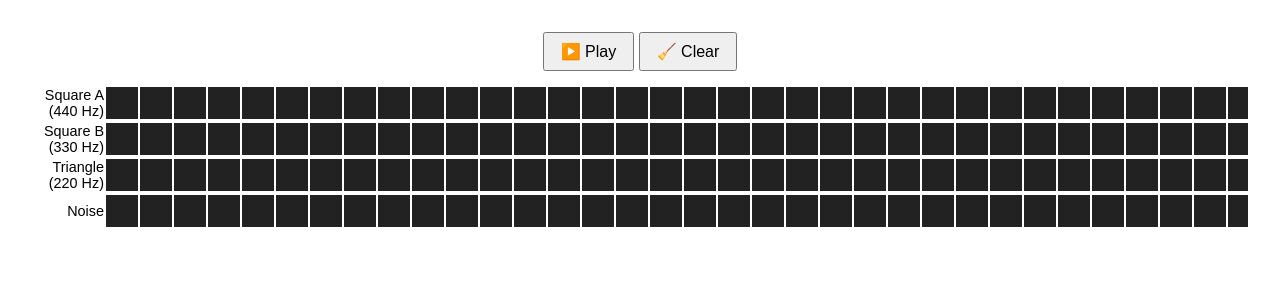
Repository: Aldentec/8-bit-Composer
Page: index.html
These files come from the project's save history. The page is drawn as it stood at one moment and after the next save; the edit follows.
The browser window is 1280 px wide. The pictures show the whole page.
Some web libraries are served in a nearby version.

Above is the page before, as saved 2025-05-28 08:47:14.

### index.html
<!DOCTYPE html>
<html lang="en">
<head>
  <meta charset="UTF-8">
  <title>Modular 8-Bit Sequencer</title>
  <link rel="stylesheet" href="style.css">
</head>
<body>
  <div id="controls">
    <button id="play">▶️ Play</button>
    <button id="clear">🧹 Clear</button>
  </div>

  <div id="grid"></div>

  <!-- Tone.js as global, then our modules -->
  <script src="node_modules/tone/build/Tone.js"></script>
  <script type="module" src="js/main.js"></script>
</body>
</html>

### style.css
body {
  font-family: sans-serif;
  margin: 2rem;
  text-align: center;
}

#grid {
  display: flex;
  flex-direction: column;
  gap: 4px;
  margin-top: 1rem;

  /* enable horizontal scrolling when rows get wider than the viewport */
  overflow-x: auto;
  padding-bottom: 0.5rem;
}


/* 2) Each row is itself a grid: [label][cell×16] */
.grid-row {
  display: grid;
  grid-template-columns: 4.5rem repeat(16, 2rem);
  gap: 2px;
  align-items: center;
}

/* 3) Label column styling */
.row-label {
  text-align: right;
  font-size: 0.9rem;
  user-select: none;
}

/* 4) Your cell styles */
.cell {
  width: 2rem;
  height: 2rem;
  background: #222;
  cursor: pointer;
}
.cell.active {
  background: #4caf50;
}

/* 5) Play button */
button {
  padding: 0.5rem 1rem;
  font-size: 1rem;
}

### js/main.js
import { initGrid, clearGrid }               from './grid.js';
import { createVoices }           from './voices.js';
import { initSequencer, bindPlayButton } from './sequencer.js';

document.addEventListener('DOMContentLoaded', () => {
  // 1) instrument names (one per row)
  const instrumentNames = [
    'Square A (440 Hz)',
    'Square B (330 Hz)',
    'Triangle (220 Hz)',
    'Noise'
  ];

  // 2) draw the labeled grid
  initGrid('grid', instrumentNames, /* steps= */ 64);

  // 3) build voices and sequencer
  const voices = createVoices();
  initSequencer(voices, 120);

  // 4) wire up Play/Pause
  bindPlayButton('play');
  document.getElementById('clear').addEventListener('click', clearGrid);
});

### js/grid.js
// these will be set when initGrid runs
export let STEPS = 16;
export let CHANNELS = 0;

// gridState[row][step] = boolean
export let gridState = [];

/**
 * Renders a labeled, scrollable sequencer grid.
 *
 * @param {string} containerId       id of the <div> to fill
 * @param {string[]} instrumentNames names for each row
 * @param {number} steps             number of columns (length of your song)
 */
export function initGrid(containerId, instrumentNames = [], steps = 16) {
  CHANNELS = instrumentNames.length;
  STEPS    = steps;

  // rebuild state
  gridState = Array.from(
    { length: CHANNELS },
    () => Array(STEPS).fill(false)
  );

  const container = document.getElementById(containerId);
  container.innerHTML = '';

  instrumentNames.forEach((name, row) => {
    // row wrapper: label + STEP cells
    const rowEl = document.createElement('div');
    rowEl.className = 'grid-row';
    // dynamically size columns: 4.5rem for the label, then STEPS × 2rem
    rowEl.style.gridTemplateColumns = `4.5rem repeat(${STEPS}, 2rem)`;

    // instrument label
    const label = document.createElement('div');
    label.className = 'row-label';
    label.textContent = name || '';
    rowEl.append(label);

    // sequencer steps
    for (let step = 0; step < STEPS; step++) {
      const cell = document.createElement('div');
      cell.className = 'cell';
      cell.dataset.row  = row;
      cell.dataset.step = step;
      cell.addEventListener('click', () => {
        gridState[row][step] = !gridState[row][step];
        cell.classList.toggle('active', gridState[row][step]);
      });
      rowEl.append(cell);
    }

    container.append(rowEl);
  });
}

/**
 * Clears all active steps in both state and UI.
 */
export function clearGrid() {
  // reset state
  gridState.forEach(rowArr => rowArr.fill(false));

  // reset UI
  document
    .querySelectorAll('.cell.active')
    .forEach(cell => cell.classList.remove('active'));
}

### js/voices.js
/**
 * Returns an array of trigger-functions
 * in the same order as your rows.
 */
export function createVoices() {
  const osc1 = new Tone.Oscillator(440, 'square').toDestination();
  const osc2 = new Tone.Oscillator(330, 'square').toDestination();
  const osc3 = new Tone.Oscillator(220, 'triangle').toDestination();
  const noise = new Tone.NoiseSynth({
    noise:    { type: 'white' },
    envelope: { attack: 0.001, decay: 0.2, sustain: 0 }
  }).toDestination();

  return [
    time => { osc1.start(time); osc1.stop(time + 0.1); },
    time => { osc2.start(time); osc2.stop(time + 0.1); },
    time => { osc3.start(time); osc3.stop(time + 0.1); },
    time => { noise.triggerAttackRelease('16n', time); }
  ];
}

### js/sequencer.js
import { STEPS, gridState } from './grid.js';

export function initSequencer(voices, bpm = 120) {
  let cursor = 0;
  Tone.Transport.bpm.value = bpm;

  Tone.Transport.scheduleRepeat((time) => {
    const step = cursor % STEPS;
    voices.forEach((trigger, row) => {
      if (gridState[row][step]) trigger(time);
    });
    cursor++;
  }, '16n');
}

export function bindPlayButton(buttonId) {
  const btn = document.getElementById(buttonId);
  btn.textContent = '▶️ Play';
  btn.addEventListener('click', async () => {
    await Tone.start();
    if (Tone.Transport.state === 'started') {
      Tone.Transport.stop();
      btn.textContent = '▶️ Play';
    } else {
      Tone.Transport.start();
      btn.textContent = '⏸️ Pause';
    }
  });
}

After the next save:
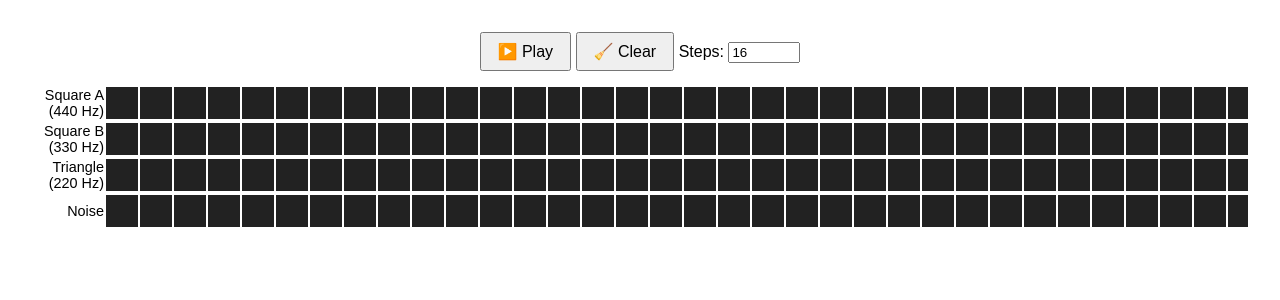
Saved 98 s later.
--- a/index.html
+++ b/index.html
@@ -9,7 +9,15 @@
   <div id="controls">
     <button id="play">▶️ Play</button>
     <button id="clear">🧹 Clear</button>
-  </div>
+    <label for="steps-input">Steps:</label>
+    <input
+        id="steps-input"
+        type="number"
+        min="1"
+        value="16"
+        style="width:4rem;"
+    >
+</div>
 
   <div id="grid"></div>
 
